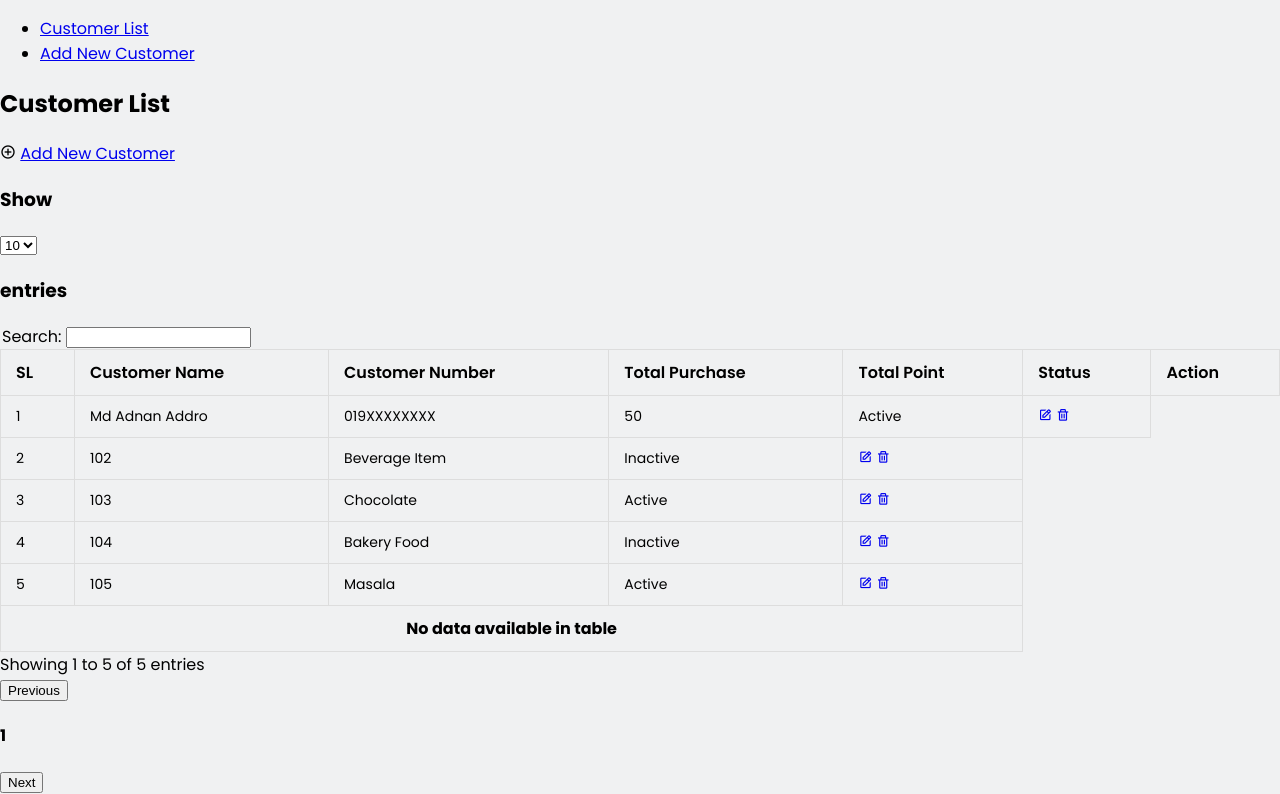
Repository: codebyaddro/customer-page
Page: customer.html
These files come from the project's save history. The page is drawn as it stood at one moment and after the next save; the edit follows.
The browser window is 1280 px wide. The pictures show the whole page.

Above is the page before, as saved 2025-02-20 14:00:55.

### customer.html
<!DOCTYPE html>
<html lang="en">
<head>
    <meta charset="UTF-8">
    <meta name="viewport" content="width=device-width, initial-scale=1.0">
    <!-- CSS -->
    <link rel="stylesheet" href="css/customer.css">
    <!-- Icons -->
    <link href='https://unpkg.com/boxicons@2.1.4/css/boxicons.min.css' rel='stylesheet'>
    <title>Customer - Page</title>
</head>
<body>
    <div class="cba-customer-container">
        <div class="cba-cusc-top-menus">
            <ul>
                <li><a href="/index.html" class="-cba-cusc-active-menu">Customer List</a></li>
                <li><a href="/inner-pages/html/anc.html" class="cba-cusc-light-up">Add New Customer</a></li>
            </ul>
        </div>
        <div class="cba-cusc-list-container">
            <div class="cba-cusc-heading-add-new-btn">
                <div class="cba-cusc-heading">
                    <h2>Customer List</h2>
                </div>
                <div class="cba-cusc-add-new-btn">
                    <i class='cba-cusc-add-icon bx bx-plus-circle'></i>
                    <a href="/inner-pages/html/anc.html">Add New Customer</a>
                </div>
            </div>
            <div class="cba-cusc-list-short-dpdwn-search-box">
                <div class="cba-cusc-list-short-dpdwn">
                    <h3>Show</h3>
                    <select name="10" id="">
                        <option value="">10</option>
                        <option value="">20</option>
                        <option value="">30</option>
                        <option value="">All</option>
                    </select>
                    <h3>entries</h3>
                </div>
                <div class="cba-cusc-search-box">
                    <legend>Search: <input type="text"></legend>
                </div>
            </div>
            <div class="cba-cusc-table-list">
                <table>
                    <thead>
                        <tr>
                            <th title="SL">SL</th>
                            <th title="Code">Customer Name</th>
                            <th title="Category Name">Customer Number</th>
                            <th title="Status">Total Purchase</th>
                            <th title="Status">Total Point</th>
                            <th title="Status">Status</th>
                            <th title="Action">Action</th>
                        </tr>
                    </thead>
                    <tbody>
                        <tr>
                            <td>1</td>
                            <td>Md Adnan Addro</td>
                            <td>019XXXXXXXX</td>
                            <td>50</td>
                            <td><span class="cba-cusc-active">Active</span></td>
                            <td>
                                <a title="Edit" href="#"><i class='cba-cusc-edit-icon bx bx-edit'></i></a>
                                <a title="Delete" href="#"><i class='cba-cusc-delete-icon bx bx-trash'></i></a>
                            </td>
                        </tr>
                        <tr>
                            <td>2</td>
                            <td>102</td>
                            <td>Beverage Item</td>
                            <td><span class="cba-cusc-inactive">Inactive</span></td>
                            <td>
                                <a title="Edit" href="#"><i class='cba-cusc-edit-icon bx bx-edit'></i></a>
                                <a title="Delete" href="#"><i class='cba-cusc-delete-icon bx bx-trash'></i></a>
                            </td>
                        </tr>
                        <tr>
                            <td>3</td>
                            <td>103</td>
                            <td>Chocolate</td>
                            <td><span class="cba-cusc-active">Active</span></td>
                            <td>
                                <a title="Edit" href="#"><i class='cba-cusc-edit-icon bx bx-edit'></i></a>
                                <a title="Delete" href="#"><i class='cba-cusc-delete-icon bx bx-trash'></i></a>
                            </td>
                        </tr>
                        <tr>
                            <td>4</td>
                            <td>104</td>
                            <td>Bakery Food</td>
                            <td><span class="cba-cusc-inactive">Inactive</span></td>
                            <td>
                                <a title="Edit" href="#"><i class='cba-cusc-edit-icon bx bx-edit'></i></a>
                                <a title="Delete" href="#"><i class='cba-cusc-delete-icon bx bx-trash'></i></a>
                            </td>
                        </tr>
                        <tr>
                            <td>5</td>
                            <td>105</td>
                            <td>Masala</td>
                            <td><span class="cba-cusc-active">Active</span></td>
                            <td>
                                <a title="Edit" href="#"><i class='cba-cusc-edit-icon bx bx-edit'></i></a>
                                <a title="Delete" href="#"><i class='cba-cusc-delete-icon bx bx-trash'></i></a>
                            </td>
                        </tr>
                        <tr class="cba-cusc-no-data-available">
                            <th colspan="5">No data available in table</th>
                        </tr>
                    </tbody>
                </table>
            </div>
            <div class="cba-cusc-entries-details-list-page-btn">
                <div class="cba-cusc-entries-details">
                    Showing <span>1</span> to <span>5</span> of <span>5</span> entries
                </div>
                <div class="cba-cusc-list-page-btn">
                    <button>Previous</button>
                    <h4><span>1</span></h4>
                    <button>Next</button>
                </div>
            </div>
        </div>
    </div>
</body>
</html>

### css/customer.css
/* -- fonts -- */
@import url('https://fonts.googleapis.com/css2?family=Poppins:ital,wght@0,100;0,200;0,300;0,400;0,500;0,600;0,700;0,800;0,900;1,100;1,200;1,300;1,400;1,500;1,600;1,700;1,800;1,900&family=Raleway:ital,wght@0,100..900;1,100..900&family=Roboto:ital,wght@0,100;0,300;0,400;0,500;0,700;0,900;1,100;1,300;1,400;1,500;1,700;1,900&family=VT323&display=swap');

/* -- root -- */

:root {
    --gray-white: #F0F1F2; /* For body*/
    --white: #FFFFFF;
    --black: #000000;
    --gray-black: #DDDDDD;
    --light-black: #212523;
    --light-black-op: #21252350;
    --main-green: #157343;
    --main-light: #37A000;
    --light-orange: #FD7E14;
    --green: #008000;
    --light-green: #e9f6ec;
    --red: #FF0000;
    --light-red: #fbeaec;
}

/* ---------- */

* {
    box-sizing: border-box;
}

body {
    margin: 0;
    padding: 0;
    font-family: "Poppins", serif;
    background-color: var(--gray-white);
}

::selection {
    color: var(--white);
    background-color: var(--main-light);
}

/* -- category container style -- */

.category-container {
    width: 100%;
    margin-top: 25px;
}

/* -- top menus style--  */

.top-menus {
    background-color: var(--white);
    display: flex;
    justify-content: left;
    align-items: center;
    height: 60px;
    margin-bottom: 15px;
}

.top-menus ul {
    list-style-type: none;
    display: flex;
    gap: 30px;
    margin-left: -20px;
}

.top-menus ul li a {
    text-decoration: none;
    color: var(--black);
    font-size: 15px;
    font-weight: 500;
}

/* -- active menu style -- */

.active-menu {
    color: var(--white)!important;
    background-color: var(--main-green);
    padding: 8px 12px;
    border-radius: 5px;
}

/* -- menu hover style -- */

.light-up:hover {
    color: var(--light-orange);
}

/* -- list container style -- */

.list-container {
    background-color: var(--white);
    padding: 0px 20px;
}

/* -- heading-add-new-btn style -- */

.heading-add-new-btn {
    display: flex;
    justify-content: space-between;
    align-items: center;
    border-bottom: 1px solid var(--gray-black) ;
}

.heading h2 {
    color: var(--light-black);
    font-size: 25px;
    font-weight: 500;
}

/* -- add-new-btn style -- */

.add-new-btn {
    display: flex;
    gap: 5px;
    justify-content: baseline;
    align-items: center;
}

.add-new-btn {
    background-color: var(--main-green);
    padding: 5px 10px;
    border-radius: 5px;
}

.add-new-btn a {
    color: var(--white);
    text-decoration: none;
}

.add-icon {
    color: var(--white);
    font-size: 20px;
}

/* -- list-short-dpdwn-search-box style -- */

.list-short-dpdwn-search-box {
    display: flex;
    justify-content: space-between;
    align-items: center;
    padding: 10px 0px;
}

/* -- list-short-dpdwn style -- */

.list-short-dpdwn {
    display: flex;
    gap: 7.5px;
    align-items: center;
}

.list-short-dpdwn h3 {
    color: var(--light-black);
    font-size: 15px;
    font-weight: 500;
}

.list-short-dpdwn select {
    color: var(--light-black);
    appearance: none;
    height: 25px;
    width: 30px;
    padding-left: 6px;
    outline: none;
    border-radius: 2.5px;
}

/* -- search-box style -- */

.search-box {
    display: flex;
    align-items: center;
}

.search-box legend {
    color: var(--light-black);
}

.search-box input {
    outline: none;
    height: 25px;
    width: 193px;
    border: 1px solid var(--gray-black);
}

/* -- table-list style --*/

table {
    border-collapse: collapse;
    width: 100%;
}

@media (max-width: 768px) {
    table {
        width: 100%;
        padding: 0rem;
        display: block;
        overflow-x: scroll;
        overflow-y: hidden;
        scrollbar-width: thin;
        scrollbar-color: var(--black);
    }
}

/* -- thead style -- */

thead {
    cursor: pointer;
}

th, td {
    border: 1px solid var(--gray-black);
    padding: 10px 15px;
}

thead tr th {
    font-size: 1rem;
    font-weight: 600;
    text-align: left;
}

tbody tr td {
    font-size: 0.875rem;
}

tbody tr:hover {
    background-color: var(--gray-white);
}

/* -- tbody style -- */

/* status style */

.active {
    color: var(--green);
    background-color: var(--light-green);
    font-size: 12px;
    font-weight: 500;
    padding: 2.5px 7.5px;
    border-radius: 5px;
}

.inactive {
    color: var(--red);
    background-color: var(--light-red);
    font-size: 12px;
    font-weight: 500;
    padding: 2.5px 7.5px;
    border-radius: 5px;
}

/* -- action style -- */

.edit-icon {
    color: var(--green);
    background-color: var(--light-green);
    padding: 7px 7px;
    margin-right: 2.5px;
    border: 1px solid var(--green);
    font-size: 20px;
}

.edit-icon:hover {
    background-color: var(--light-black-op);
}

.delete-icon {
    color: var(--red);
    background-color: var(--light-red);
    padding: 7px 7px;
    margin-left: 2.5px;
    border: 1px solid var(--red);
    font-size: 20px;
}

.delete-icon:hover {
    background-color: var(--light-black-op);
}

/* -- no data style */

.no-data-available th {
    font-size: 14px;
    font-weight:500;
    color: var(--black);
    background-color: var(--gray-white);
}

/* -- entries-details-list-page-btn style -- */

.entries-details-list-page-btn {
    display: flex;
    justify-content: space-between;
    align-items: center;
    padding: 10px 0px;
}

.entries-details {
    color: var(--black);
    font-size: 15px;
}

.list-page-btn {
    display: flex;
    gap: 5px;
    align-items: center;
}

.list-page-btn button {
    color: var(--light-black);
    background-color: var(--gray-white);
    padding: 8px 14px;
    border: none;
    border-radius: 5px;
    cursor: pointer;
}

.list-page-btn h4 {
    color: var(--white);
    background-color: var(--main-light);
    font-size: 15px;
    font-weight: 400;
    padding: 3px 12px;
    border-radius: 5px;
}

After the next save:
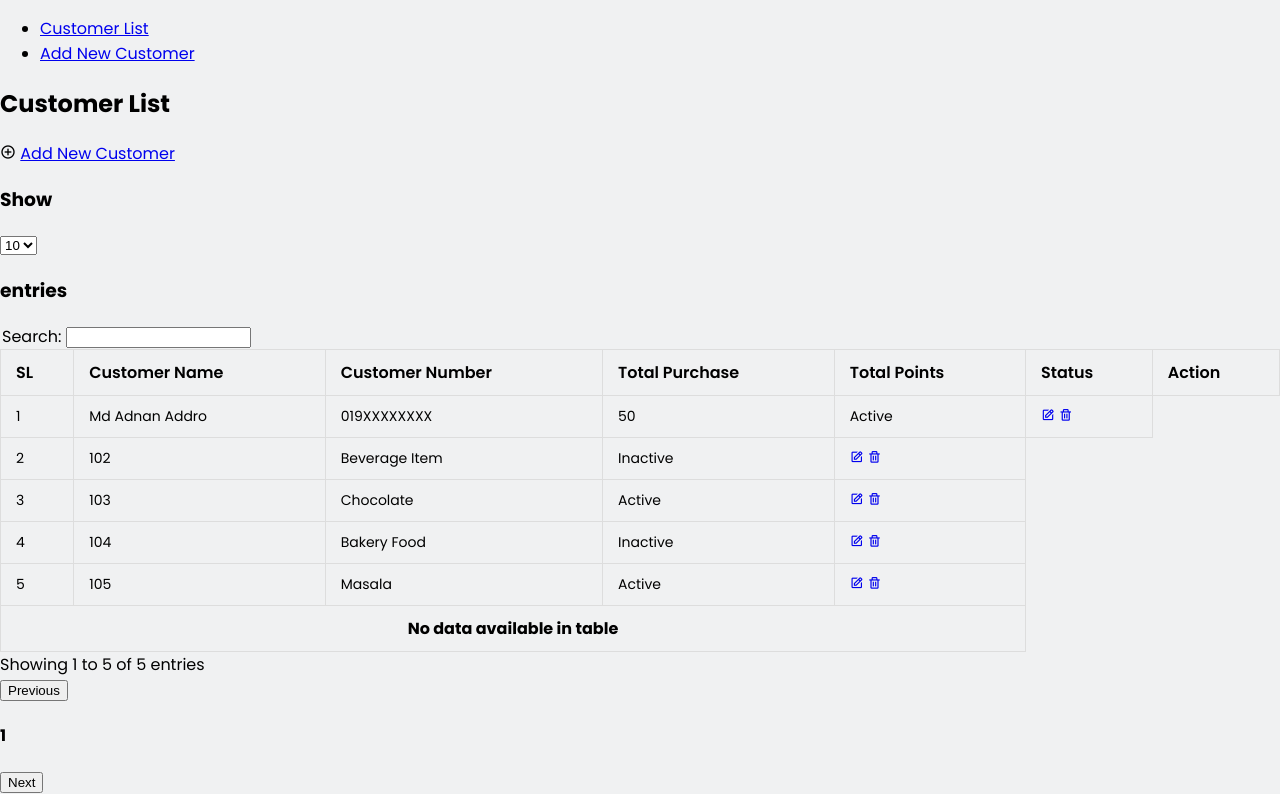
Saved 9 s later.
--- a/customer.html
+++ b/customer.html
@@ -50,7 +50,7 @@
                             <th title="Code">Customer Name</th>
                             <th title="Category Name">Customer Number</th>
                             <th title="Status">Total Purchase</th>
-                            <th title="Status">Total Point</th>
+                            <th title="Status">Total Points</th>
                             <th title="Status">Status</th>
                             <th title="Action">Action</th>
                         </tr>
